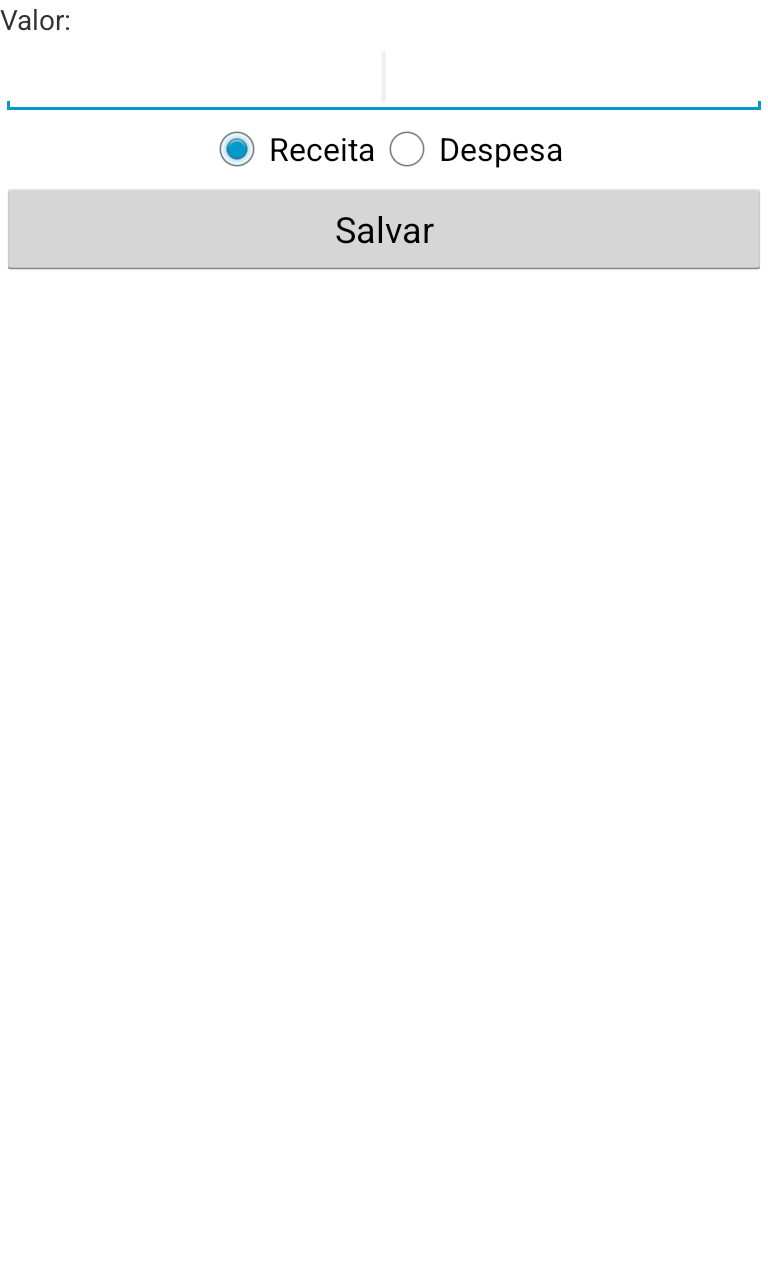
Repository: yurifialho/pos-android
Layout: Projeto10/res/layout/activity_manter_lancamento.xml
An editor plug-in stored every save of this project. The layout is shown before and after the next save, followed by the edit.
It is drawn on a 768 x 1280 px phone screen (xhdpi) without system bars, with theme AppTheme; the app's code is not run.

Above is the layout before, as saved 2014-03-22 16:38:40.

### Projeto10/res/layout/activity_manter_lancamento.xml
<LinearLayout xmlns:android="http://schemas.android.com/apk/res/android"
     android:layout_width="match_parent"
     android:layout_height="match_parent"
     android:orientation="vertical">

    <TextView
        android:id="@+id/lbValor"
        android:layout_width="fill_parent"
        android:layout_height="wrap_content"
        android:text="@string/valor"
        android:labelFor="@+id/txValor"/>

    <EditText
        android:id="@+id/txValor"
        android:layout_width="match_parent"
        android:layout_height="wrap_content"
        android:ems="10"
        android:inputType="numberDecimal"
        android:gravity="center_horizontal">

        <requestFocus />
    </EditText>

		<RadioGroup
		    android:layout_width="fill_parent"
		    android:layout_height="wrap_content"
		    android:orientation="horizontal"
		    android:gravity="center_horizontal">
        	<RadioButton
            android:id="@+id/rdReceita"
            android:layout_width="wrap_content"
            android:layout_height="wrap_content"
            android:checked="true"
            android:text="@string/receita" />

        <RadioButton
            android:id="@+id/rdDespesa"
            android:layout_width="wrap_content"
            android:layout_height="wrap_content"
            android:text="@string/despesa" />
        </RadioGroup>

	<Button android:id="@+id/btSalvar"
	    android:layout_width="fill_parent"
	    android:layout_height="wrap_content"
	    android:text="@string/salvar"/>
</LinearLayout>

### Projeto10/res/values/strings.xml
<?xml version="1.0" encoding="utf-8"?>
<resources>

    <string name="app_name">Projeto10</string>
    <string name="action_settings">Settings</string>
    <string name="hello_world">Hello world!</string>
    <string name="title_activity_extrato">Extrato</string>
    <string name="title_activity_manter_lancamento">Lançamento</string>
    <string name="extrato">EXTRATO</string>
    <string name="valor">Valor:</string>
    <string name="receita">Receita</string>
    <string name="despesa">Despesa</string>
    <string name="salvar">Salvar</string>

</resources>

Loaded but not shown: Projeto10/res/values/styles.xml (common file); Projeto10/res/values-v11/styles.xml (common file); Projeto10/res/values-v14/styles.xml (common file)

After the next save:
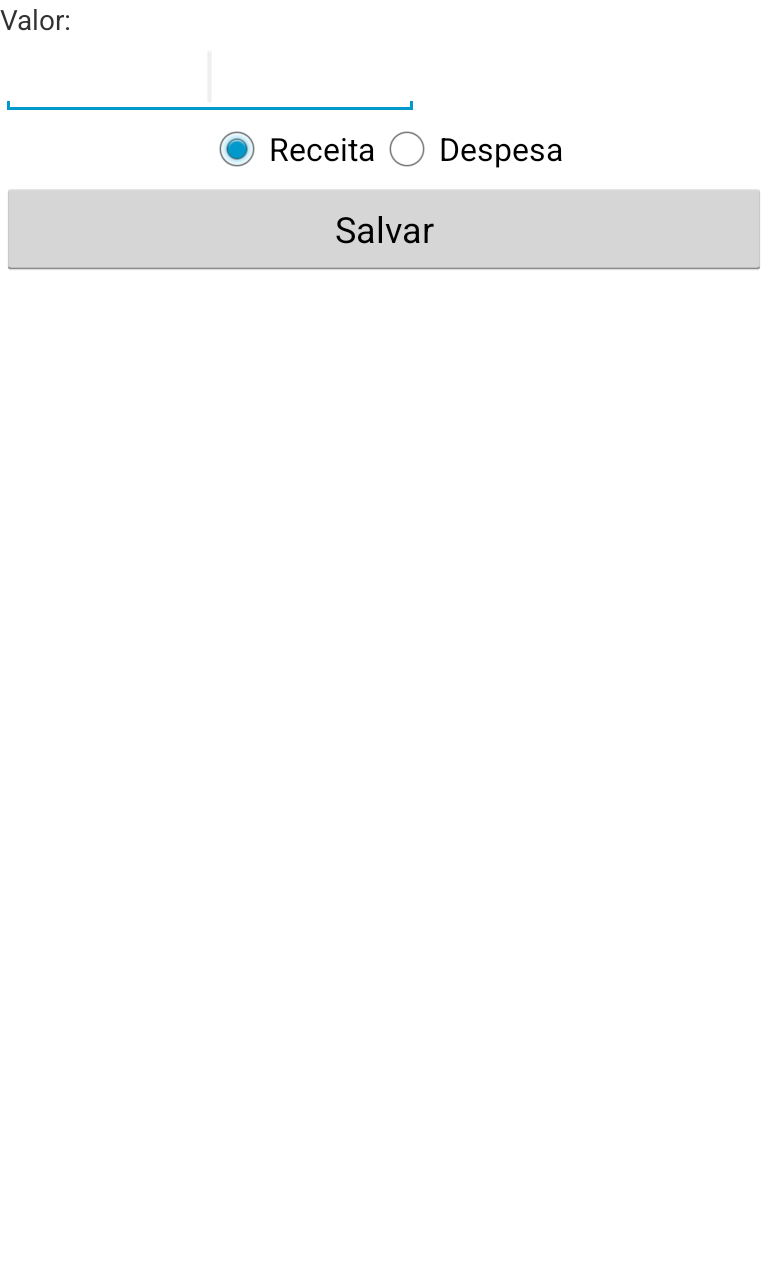
Saved 12 s later.
--- a/Projeto10/res/layout/activity_manter_lancamento.xml
+++ b/Projeto10/res/layout/activity_manter_lancamento.xml
@@ -12,7 +12,7 @@
 
     <EditText
         android:id="@+id/txValor"
-        android:layout_width="match_parent"
+        android:layout_width="wrap_content"
         android:layout_height="wrap_content"
         android:ems="10"
         android:inputType="numberDecimal"

After the 2 saves that followed:
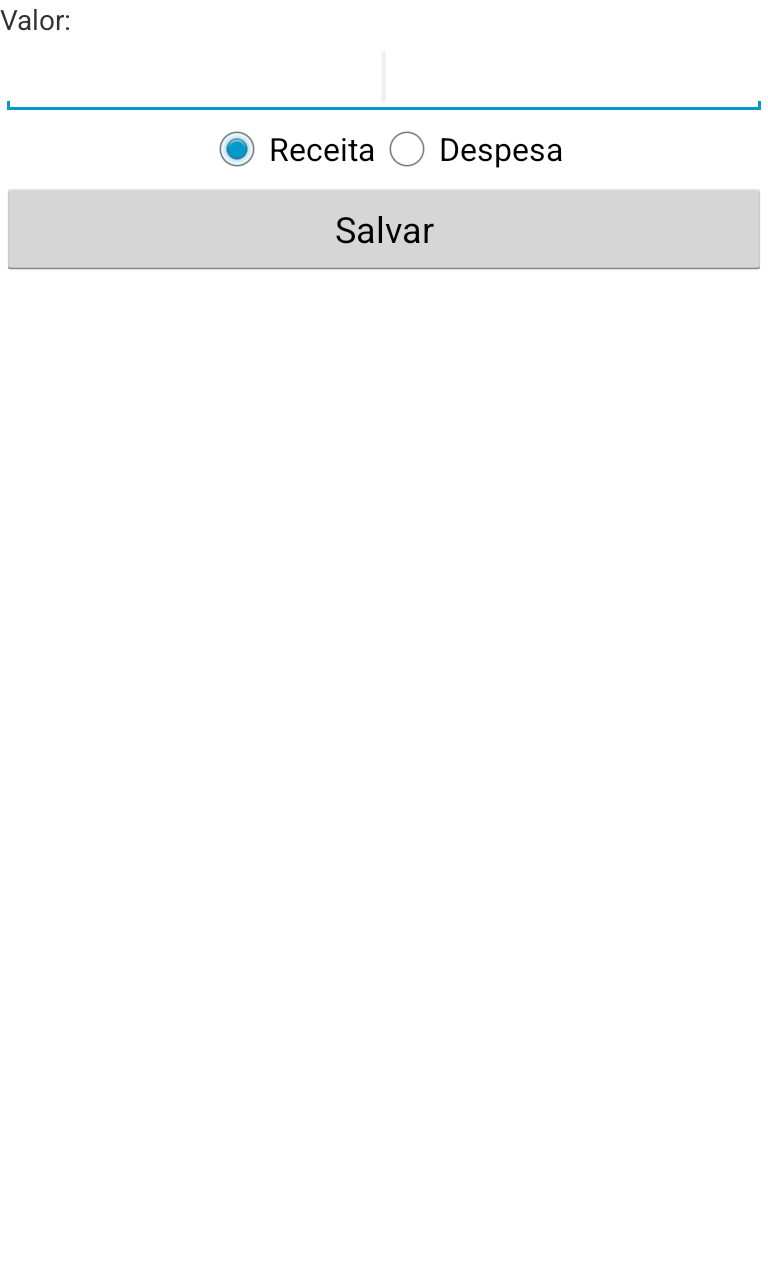
The 2 saves are shown as one change because 1 left the picture as it was.
The last was saved 33 s later.
--- a/Projeto10/res/layout/activity_manter_lancamento.xml
+++ b/Projeto10/res/layout/activity_manter_lancamento.xml
@@ -12,7 +12,7 @@
 
     <EditText
         android:id="@+id/txValor"
-        android:layout_width="wrap_content"
+        android:layout_width="fill_parent"
         android:layout_height="wrap_content"
         android:ems="10"
         android:inputType="numberDecimal"
